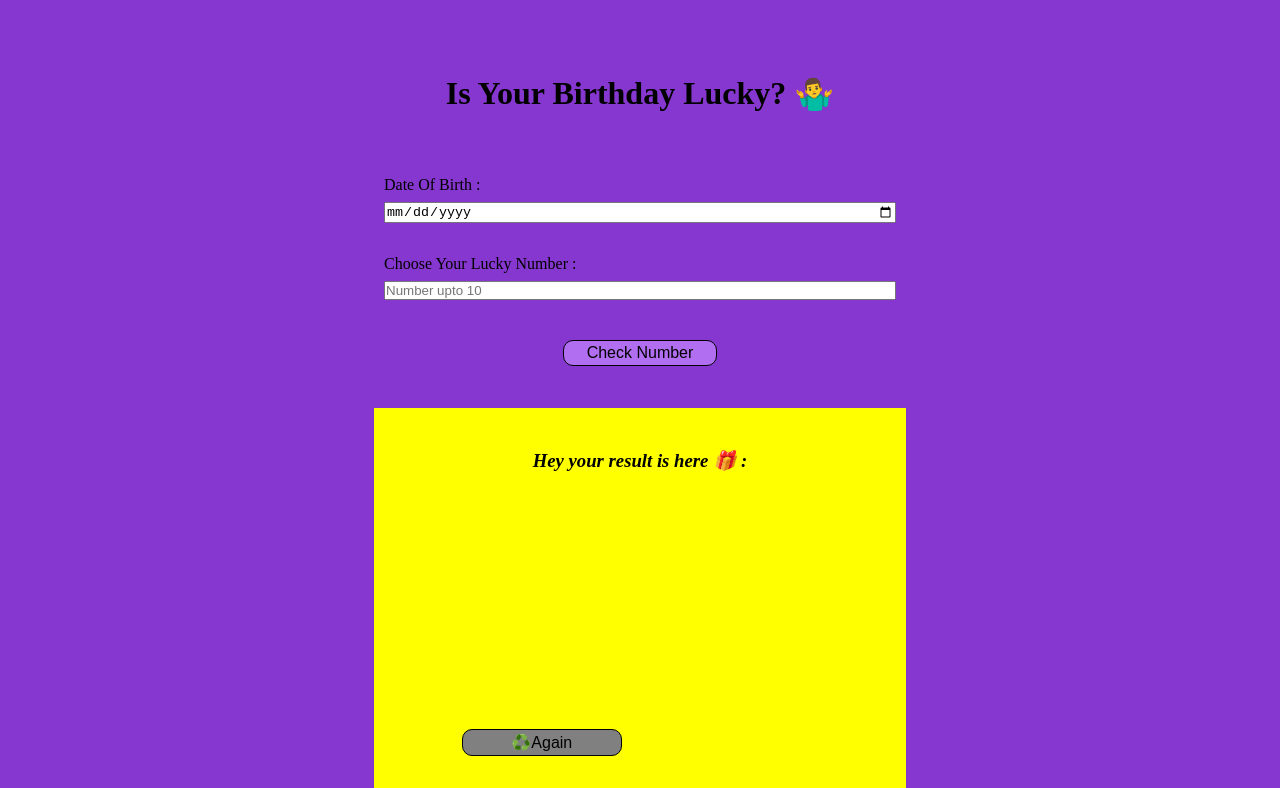
Repository: patelamancode/Lucky-Birthday-App
Page: index.html
The author's editor kept a copy of each file at every save. The page is drawn from the files as they stood at one save, then again after the next save.
The browser window is 1280 px wide. The pictures show the whole page.

Above is the page before, as saved 2022-11-23 15:29:41.

### index.html
<!DOCTYPE html>
<html lang="en">
<head>
    <meta charset="UTF-8">
    <meta http-equiv="X-UA-Compatible" content="IE=edge">
    <meta name="viewport" content="width=device-width, initial-scale=1.0">
    <link rel="stylesheet" href="index.css">
    <title>Is your birthday lucky</title>
</head>
<body>
    <div id="main-container">
        <h1 class="app-title">Is Your Birthday Lucky? 🤷‍♂️</h1>
        <label for="date-of-birth" class="dob">Date Of Birth :</label>
        <input type="date" id="selected-dob">
        <label for="lucky-number" class="favourite-number">Choose Your Lucky Number :</label>
        <input type="number" class="user-number" placeholder="Number upto 10">
        <button id="check-btn">Check Number</button>
    </div>
    <div id="graphic-container">
        <h3 id="result-heading">Hey your result is here 🎁 :</h3>
        <p id="final-result"></p>
        <button id="back-btn">♻️Again</button>
    </div>
    <script src="index.js"></script>
</body>
</html>

### index.css
*{
    margin: 0;
    padding: 0;
}
 body{
    background-color: rgb(134, 55, 207);
 }

 #main-container {
    display: flex;
    flex-direction: column;
    width: 40vw;
    margin: auto;
    margin-top: 2rem;
    padding: 10px;
    text-align: center;
 }

 .app-title{
    margin: 2rem 0;
 }
 label{
    width: auto;
    text-align: left;
    margin-top: 2rem;
    margin-bottom: 0.5rem;
 }
 /* input{
    -webkit-appearance: none;
    box-shadow: none !important;
 } */
 button{
    margin: auto;
    margin-top: 2.5rem;
    width: 30%;
    padding: 3px;
    font-size: 1rem;
    font-weight: 500;
    border: 1px solid;
    background-color: rgb(177, 110, 240);
    border-radius: 10px;
 }

/* change in display to flex from none */
 #graphic-container{
    display: flex;
    flex-direction: column;
    width: 40vw;
    height: 50vh;
    margin: auto;
    margin-top: 2rem;
    padding: 10px;
    text-align: center;
    background-color: yellow;
    position: relative;

 }
#result-heading{
  font-style: italic;
   margin-top: 2rem;
 }

 #back-btn{
   position: absolute;
   bottom: 2rem;
   left: 5.5rem;
   background-color: grey;
 }

### index.js
const checkButton = document.querySelector('#check-btn');
const appContent = document.querySelector('#main-container');
const userBirthDate = document.querySelector('#selected-dob');
const luckyNumber = document.querySelector('.user-number');
const graphicDisplay = document.querySelector('#graphic-container');
const backButton = document.querySelector('#back-btn');



function showResult() {
    hideContent();
    graphicDisplay.style.display = "flex";
};

function hideContent() {
    appContent.style.display = "none";
};


function specialDateIs() {
    let value = userBirthDate.value.split("-");
    var sum = 0;
    for (let i = 0; i < value.length; i++) {
        sum += parseInt(value[i]);
    }
    console.log(sum);
    if (sum % luckyNumber.value == 0) {
        console.log("you have a special birthdate")
    } else console.log("Opps your birthdate is normal");

};


checkButton.addEventListener('click', function() {
    specialDateIs();
    showResult();
    console.log(value);
});

backButton.addEventListener('click',function(){
    appContent.style.display = "flex";
    graphicDisplay.style.display = "none"
    window.location.reload();
});

After the next save:
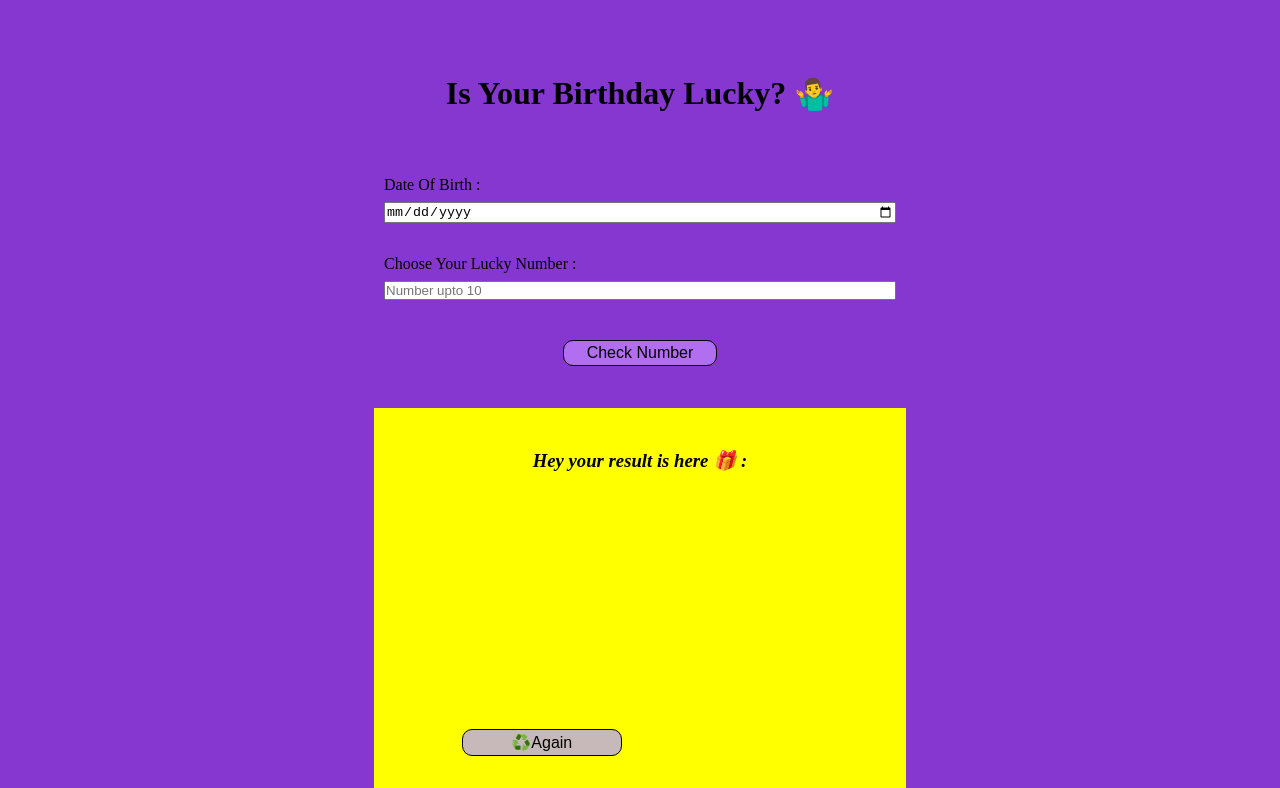
Saved 17 s later.
--- a/index.css
+++ b/index.css
@@ -64,5 +64,5 @@
    position: absolute;
    bottom: 2rem;
    left: 5.5rem;
-   background-color: grey;
+   background-color: rgb(199, 185, 185);
  }
